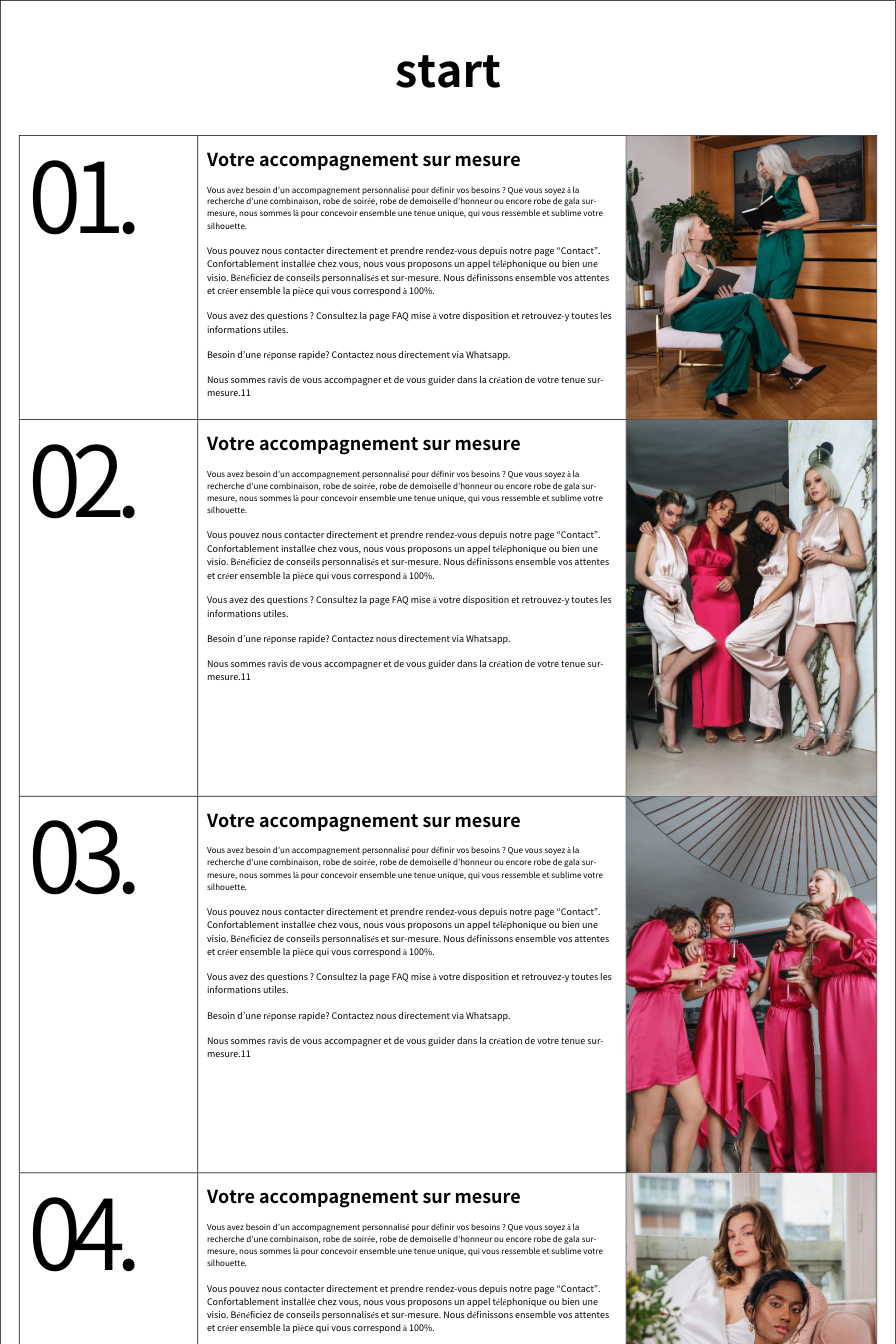
Repository: lwygold/motion
Page: layout/위로 하나씩 붙는 그리드.html
The author's editor kept a copy of each file at every save. The page is drawn from the files as they stood at one save, then again after the next save.
The browser window is 1280 px wide. The pictures show the part of the page from y = 0 to 1920 px (the page is 2652 px tall before and 4092 px after), at 70% of full size.

Above is the page before, as saved 2023-03-28 09:58:57.

After the next save:
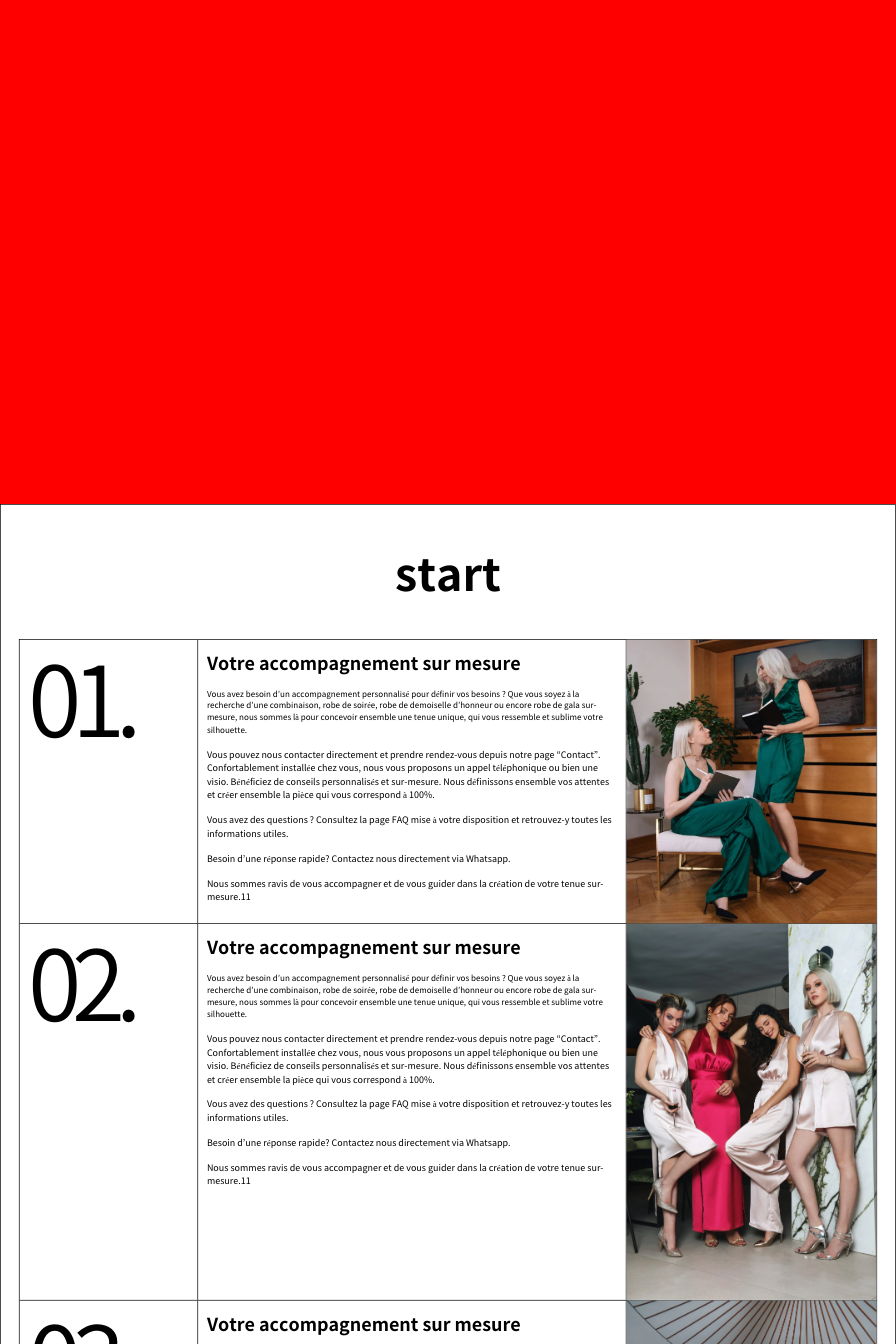
Saved 16 s later.
--- a/layout/위로 하나씩 붙는 그리드.html
+++ b/layout/위로 하나씩 붙는 그리드.html
@@ -122,7 +122,7 @@
 
 <body>
 
-
+    <section class="top"></section>
     <section class="grid">
 
         <div>
@@ -247,6 +247,7 @@
         </div>
 
     </section>
+    <section class="bottom"></section>
 
 
 
